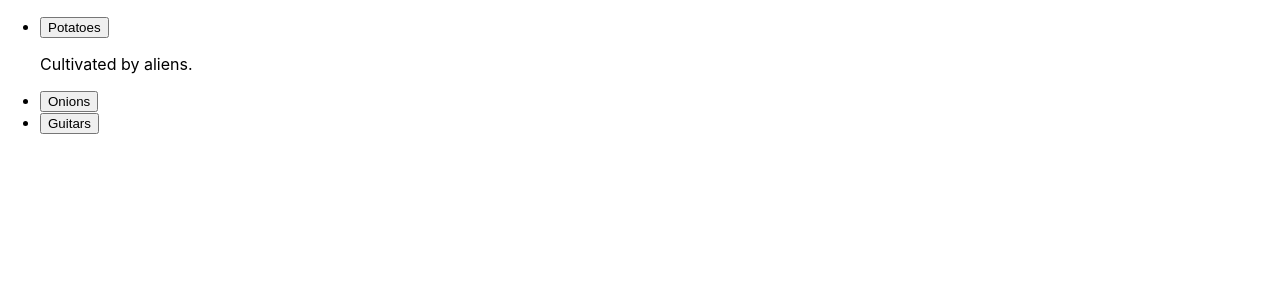
Repository: mhyder1/autofi
Page: /
These files come from the project's save history. The page is drawn as it stood at one moment and after the next save; the edit follows.
The browser window is 1280 px wide. The pictures show the whole page.
The project was rebuilt for these pictures with package versions that can differ from the ones it lists, and the page was loaded fresh each time. Also part of the build but not shown: src/drills/Bomb.js, src/drills/HelloWorld.js, src/drills/RouletteGun.js, src/drills/Tabs.js.

Above is the page before, as saved 2021-06-21 06:09:44.

### src/index.js
import React from 'react';
import ReactDOM from 'react-dom';
import './index.css';
import * as serviceWorker from './serviceWorker';
import Accordion from "./drills/Accordion";
import Bomb from "./drills/Bomb";
import HelloWorld from "./drills/HelloWorld";
import RouletteGun from "./drills/RouletteGun";
import Tabs from './drills/Tabs'
let sections = [
{id:1,title:"Potatoes", content:"Cultivated by aliens."},
{id:2,title:"Onions", content:"Made of shrek"},
{id:3,title:"Guitars", content:"My partner knows something about this."}];

const tabsProp = [
  { name: 'First tab',
    content: 'Lorem ipsum dolor sit amet consectetur adipisicing elit. Laboriosam exercitationem quos consectetur expedita consequatur. Fugit, sapiente aspernatur corporis velit, dolor eum reprehenderit provident ipsam, maiores incidunt repellat! Facilis, neque doloremque.' },
  { name: 'Second tab',
    content: 'Laboriosam exercitationem quos consectetur expedita consequatur. Fugit, sapiente aspernatur corporis velit, dolor eum reprehenderit provident ipsam, maiores incidunt repellat! Facilis, neque doloremque. Lorem ipsum dolor sit amet consectetur adipisicing elit.' },
  { name: 'Third tab',
    content: 'Fugit, sapiente aspernatur corporis velit, dolor eum reprehenderit provident ipsam, maiores incidunt repellat! Facilis, neque doloremque. Lorem ipsum dolor sit amet consectetur adipisicing elit. Laboriosam exercitationem quos consectetur expedita consequatur.' },
];


ReactDOM.render(
  <React.StrictMode>
    <Accordion sections={sections}/>
    {/* <Tabs tabs={tabsProp} /> */}
  </React.StrictMode>,
  document.getElementById('root')
);

// If you want your app to work offline and load faster, you can change
// unregister() to register() below. Note this comes with some pitfalls.
// Learn more about service workers: https://bit.ly/CRA-PWA
serviceWorker.unregister();

### src/drills/Accordion.js
import React, { useState } from "react";
export default function Accordion({sections = []}) {

  const [ expandedID, setExpandedID ] = useState(null)
  const [ currentIndex, setCurrentIndex ] = useState(0)

  const populateList = () => {
    return sections.map(({id, title, content}, index) => (
        <li key={id}>
          <button onClick={() => setExpandedID(id === expandedID ? null : id)}>
            {title}
          </button>
          { expandedID === id && <p>{content}</p> }
        </li>
    ));
  }

  const populateIndexList = () => {
    return sections.map(({title, content}, index) => (
        <li key={index}>
          <button onClick={() => setCurrentIndex(index === currentIndex ? null : index)}>
            {title}
          </button>
          { currentIndex === index && <p>{content}</p> }
        </li>
    ));
  }

  // return <ul>{populateList()}</ul>
  return <ul>{populateIndexList()}</ul>
}

Loaded but not shown: public/index.html (common file); src/index.css (common file); src/serviceWorker.js (common file)

After the next save:
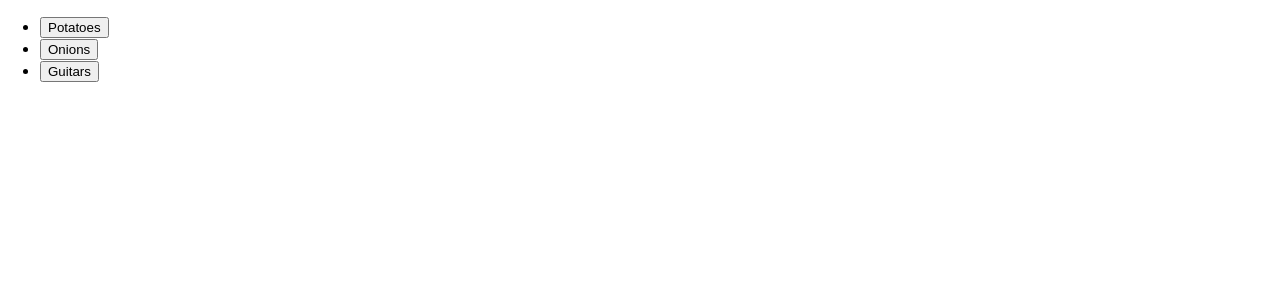
Saved 7 s later.
--- a/src/drills/Accordion.js
+++ b/src/drills/Accordion.js
@@ -2,7 +2,7 @@ import React, { useState } from "react";
 export default function Accordion({sections = []}) {
 
   const [ expandedID, setExpandedID ] = useState(null)
-  const [ currentIndex, setCurrentIndex ] = useState(0)
+  const [ currentIndex, setCurrentIndex ] = useState(null)
 
   const populateList = () => {
     return sections.map(({id, title, content}, index) => (
